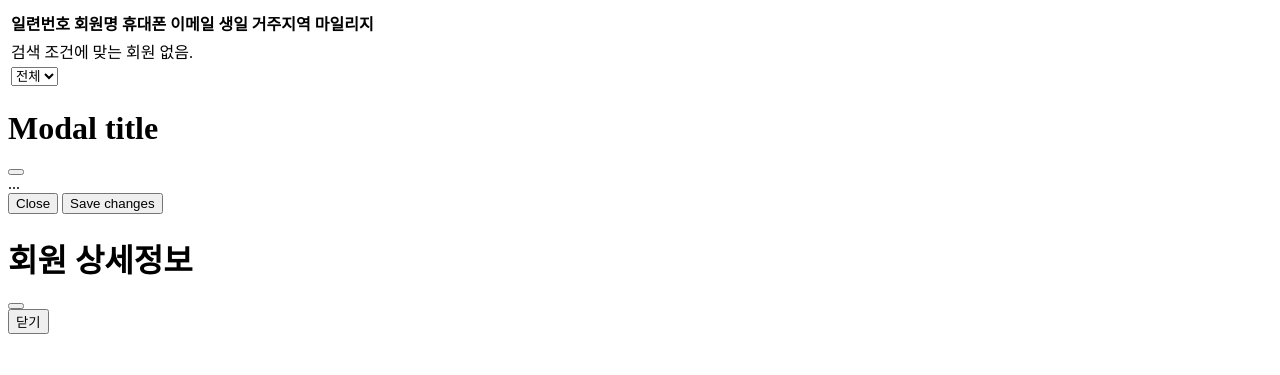
Repository: hoseolkim/restart
Page: http://localhost/WebStudy03_Mybatis/WEB-INF/views/member/memberList.jsp
The author's editor kept a copy of each file at every save. The page is drawn from the files as they stood at one save, then again after the next save.
The browser window is 1280 px wide. The pictures show the whole page.
The page is served by Tomcat 9. Nobody is signed in. The template is opened directly, without the code that normally fills it, so the values that code supplies are empty.

Above is the page before, as saved 2023-10-04 07:36:42.
Console error: ReferenceError: $ is not defined

After the next save:
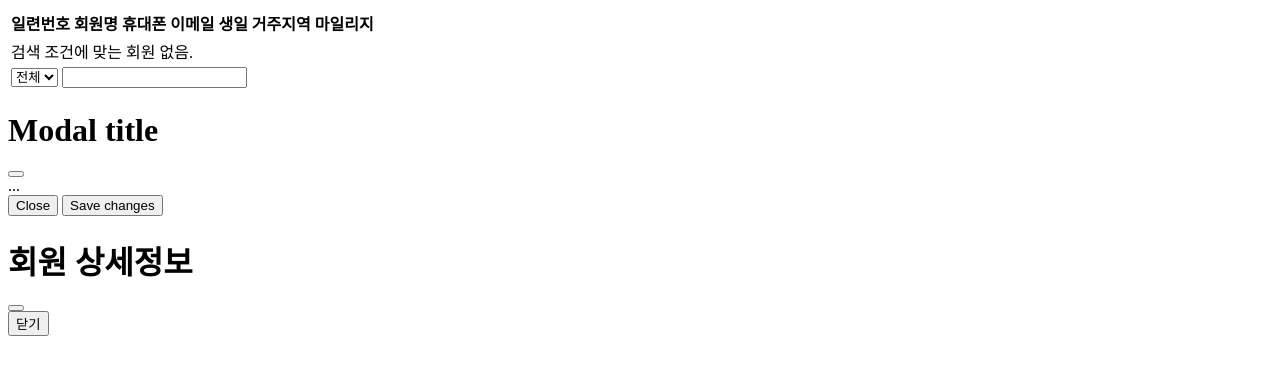
Saved 23 s later.
--- a/WebStudy03_Mybatis/src/main/webapp/WEB-INF/views/member/memberList.jsp
+++ b/WebStudy03_Mybatis/src/main/webapp/WEB-INF/views/member/memberList.jsp
@@ -44,6 +44,7 @@
 						<option value="name">이름</option>
 						<option value="address">지역</option>
 					</select>
+					<input type="text" name="searchWord" />
 				</div>
 			</td>
 		</tr>
